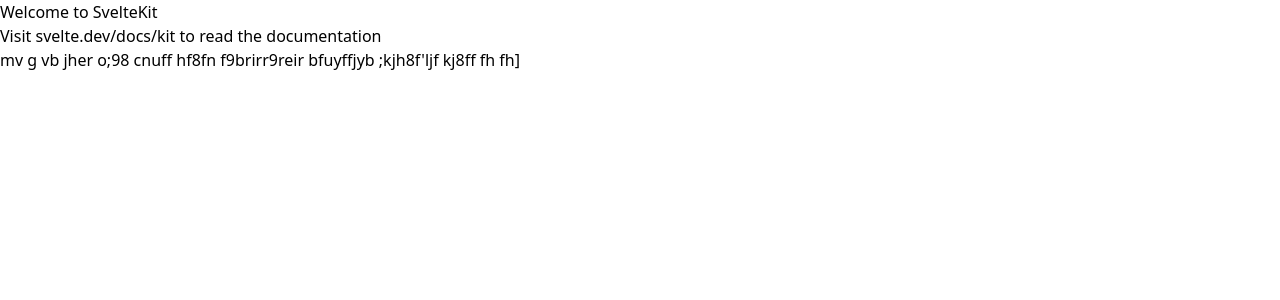
Repository: zishandeshmukh/jdtm
Page: / (app in frontend/)
An editor plug-in stored every save of this project. The page is shown before and after the next save, followed by the edit.
The browser window is 1280 px wide. The pictures show the whole page.
The project was rebuilt for these pictures with package versions that can differ from the ones it lists, and the page was loaded fresh each time. The framework's server and built-in components were replaced by stand-ins that run in the browser. Also part of the build but not shown: frontend/svelte.config.js, frontend/vite.config.js.

Above is the page before, as saved 2024-11-03 01:16:43.

### frontend/src/routes/+page.svelte
<h1>Welcome to SvelteKit</h1>
<p>Visit <a href="https://svelte.dev/docs/kit">svelte.dev/docs/kit</a> to read the documentation</p>
mv  g vb jher o;98 cnuff  hf8fn f9brirr9reir bfuyffjyb ;kjh8f'ljf
kj8ff
fh fh]

Loaded but not shown: frontend/src/app.html (common file); frontend/src/routes/+layout.svelte (common file); frontend/src/app.css (common file); frontend/tailwind.config.js (common file)

After the next save:
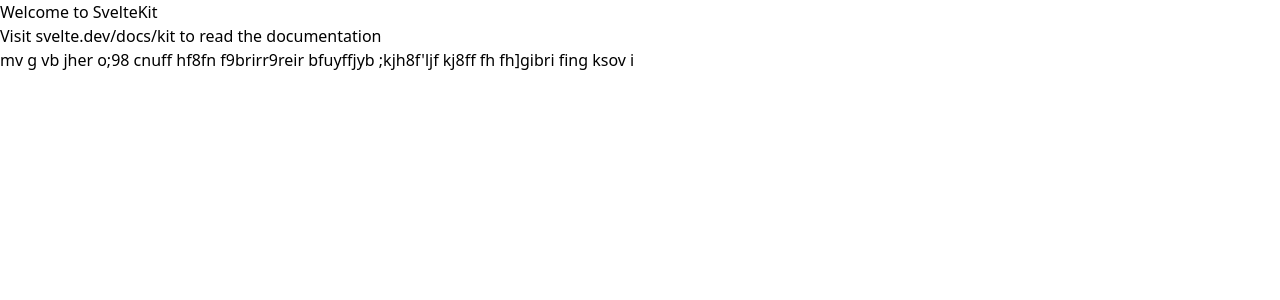
Saved 17 s later.
--- a/frontend/src/routes/+page.svelte
+++ b/frontend/src/routes/+page.svelte
@@ -2,4 +2,4 @@
 <p>Visit <a href="https://svelte.dev/docs/kit">svelte.dev/docs/kit</a> to read the documentation</p>
 mv  g vb jher o;98 cnuff  hf8fn f9brirr9reir bfuyffjyb ;kjh8f'ljf
 kj8ff
-fh fh]
+fh fh]gibri fing ksov i
